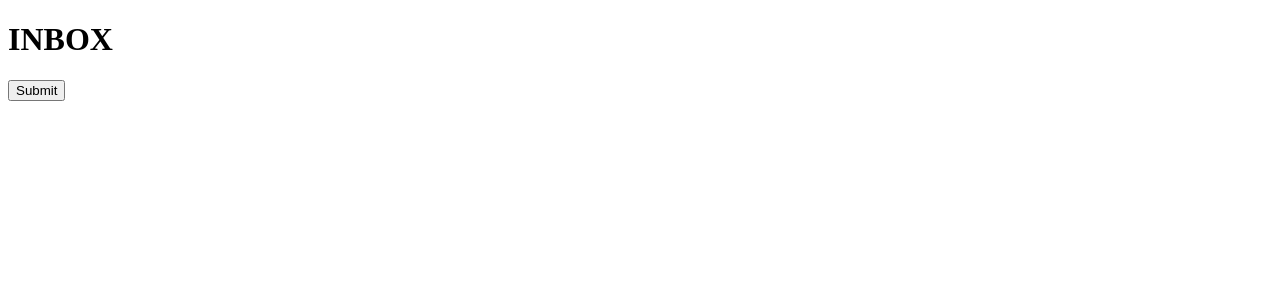
Repository: heenasalim/Java_Script
Page: Simplehtmldemo/WebContent/FBUSER2.html
The author's editor kept a copy of each file at every save. The page is drawn from the files as they stood at one save, then again after the next save.
The browser window is 1280 px wide. The pictures show the whole page.

Above is the page before, as saved 2015-10-12 10:46:53.

After the next save:
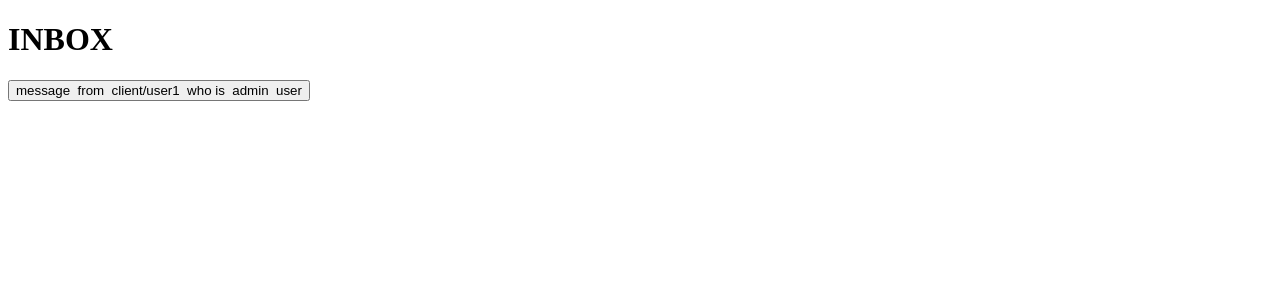
Saved 30 s later.
--- a/Simplehtmldemo/WebContent/FBUSER2.html
+++ b/Simplehtmldemo/WebContent/FBUSER2.html
@@ -6,6 +6,6 @@
 </head>
 <body>
 <H1>INBOX</H1>
-<input type="submit">
+<input type="submit"  value="message  from  client/user1  who is  admin  user">
 </body>
 </html>
